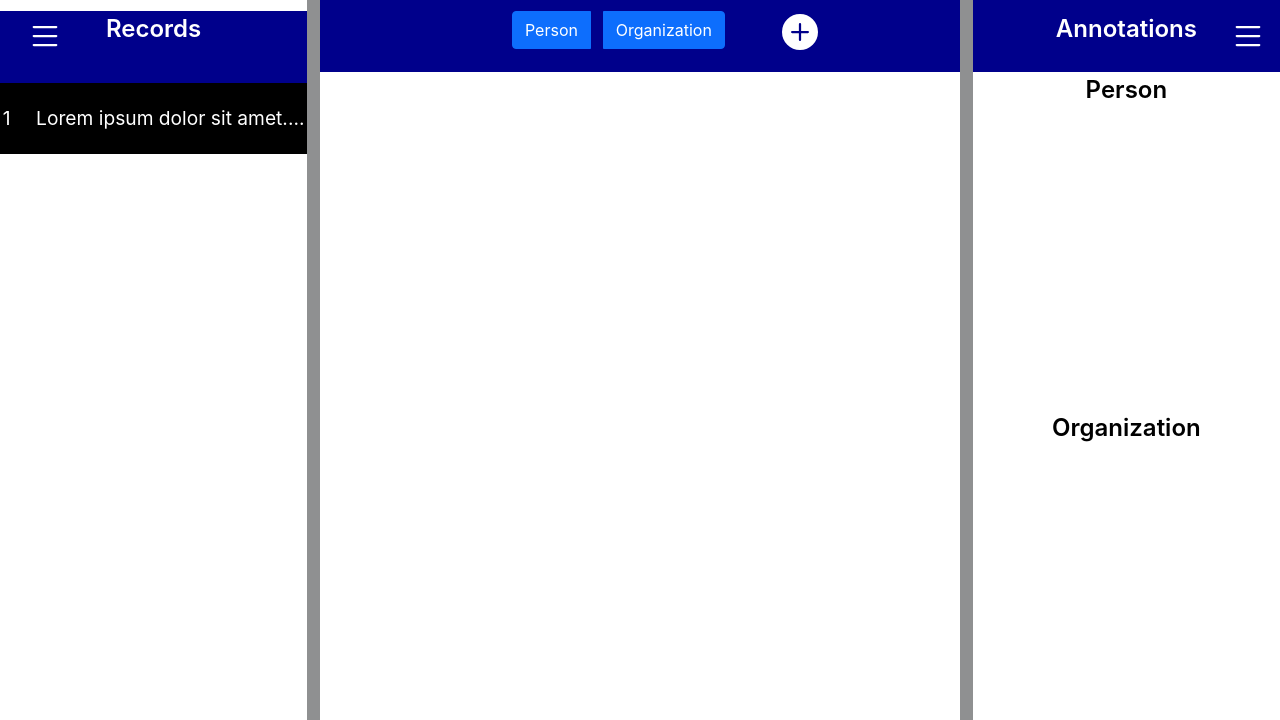
Repository: napan24/classforma_assignment
Page: / (app in client/)
The author's editor kept a copy of each file at every save. The page is drawn from the files as they stood at one save, then again after the next save.
The browser window is 1280 px wide. The pictures show the whole page.
The project was rebuilt for these pictures with package versions that can differ from the ones it lists, and the page was loaded fresh each time. Also part of the build but not shown: client/src/App.css.

Above is the page before, as saved 2022-07-20 18:56:09.

### client/public/index.html
<!DOCTYPE html>
<html lang="en">
  <head>
    <meta charset="utf-8" />
    <link rel="icon" href="%PUBLIC_URL%/favicon.ico" />
    <meta name="viewport" content="width=device-width, initial-scale=1" />
    <meta name="theme-color" content="#000000" />
    <meta
      name="description"
      content="Web site created using create-react-app"
    />
    <link href="https://cdn.jsdelivr.net/npm/bootstrap@5.1.3/dist/css/bootstrap.min.css" rel="stylesheet" integrity="sha384-1BmE4kWBq78iYhFldvKuhfTAU6auU8tT94WrHftjDbrCEXSU1oBoqyl2QvZ6jIW3" crossorigin="anonymous">
    <link rel="apple-touch-icon" href="%PUBLIC_URL%/logo192.png" />
    <!--
      manifest.json provides metadata used when your web app is installed on a
      user's mobile device or desktop. See https://developers.google.com/web/fundamentals/web-app-manifest/
    -->
    <link rel="manifest" href="%PUBLIC_URL%/manifest.json" />
    <!--
      Notice the use of %PUBLIC_URL% in the tags above.
      It will be replaced with the URL of the `public` folder during the build.
      Only files inside the `public` folder can be referenced from the HTML.

      Unlike "/favicon.ico" or "favicon.ico", "%PUBLIC_URL%/favicon.ico" will
      work correctly both with client-side routing and a non-root public URL.
      Learn how to configure a non-root public URL by running `npm run build`.
    -->
    <title>React App</title>
  </head>
  <body>
    <noscript>You need to enable JavaScript to run this app.</noscript>
    <div id="root"></div>
    <!--
      This HTML file is a template.
      If you open it directly in the browser, you will see an empty page.

      You can add webfonts, meta tags, or analytics to this file.
      The build step will place the bundled scripts into the <body> tag.

      To begin the development, run `npm start` or `yarn start`.
      To create a production bundle, use `npm run build` or `yarn build`.
    -->
    <script src="https://cdn.jsdelivr.net/npm/bootstrap@5.1.3/dist/js/bootstrap.bundle.min.js" integrity="sha384-ka7Sk0Gln4gmtz2MlQnikT1wXgYsOg+OMhuP+IlRH9sENBO0LRn5q+8nbTov4+1p" crossorigin="anonymous"></script>
  </body>
</html>

### client/src/App.js
import logo from './logo.svg';
import './App.css';
import Home from './Home';

function App() {
  return (
    <>
      <Home></Home>
    </>
  );
}

export default App;

### client/src/Home.js
'strict origin'
import React, { useState, useEffect } from 'react'
const Home = () => {
    const [textField, setTextField] = useState();
    const [person, setPerson] = useState();
    const [place, setPlace] = useState();
    const [personName, setPersonName] = useState(['']);
    const [placeName, setPlaceName] = useState(['']);
    const [data, setData] = useState("");
    const [leftClose, setLeftClose] = useState(false);
    const [rightClose, setRightClose] = useState(false);
    useEffect(() => {
        if (textField) {
            trending();
        }
    }, [textField])
    const trending = async () => {
        const res = await fetch("/", {
            method: 'POST',
            headers: {
                "Content-Type": "application/json"
            },
            body: JSON.stringify({ textField })
        });
        const result = await res.json();
        console.log(result);
        setPerson(result.filter((arr) => arr.type == 'Person'));
        setPlace(result.filter((arr) => arr.type[0] == 'Place' || arr.type[0] == 'PopulatedPlace' || arr.type[0] == 'Settlement' || arr.type[0] == 'City'));
    };
    useEffect(() => {
        setPersonName(['']);
        if (person) {
            person.forEach(function (arrayItem) {
                setPersonName(curr => [...curr, arrayItem.entityId]);
            });
        }
    }, [person])
    useEffect(() => {
        setPlaceName(['']);
        if (place) {
            console.log(place);
            place.forEach(function (arrayItem) {
                setPlaceName(curr => [...curr, arrayItem.entityId]);
            });
        }
    }, [place])
    const showFile = async (e) => {
        e.preventDefault()
        const reader = new FileReader()
        reader.onload = async (e) => {
            const text = (e.target.result)
            setTextField(text);
        };
        reader.readAsText(e.target.files[0])
    }
    function replace() {
        setTextField(textField.replace(data, ''));
        showAlert("alert")
    }
    function showAlert(id) {
        if (document.getElementById(id).style.display == "inline-block") {
            document.getElementById(id).style.display = "none";
        }
        else {
            document.getElementById(id).style.display = "inline-block";
        }
    }
    function CloseClick(e) {
        setData(e.currentTarget.parentElement.querySelector('.userName').innerText);
        showAlert("alert");
    }
    function showLeftComponent() {
        if (document.getElementById('left_component').style.display == "inline") {
            document.getElementById('left_component').style.display = "none";
            document.getElementById('left_open').style.display = "inline";
        }
        else {
            document.getElementById('left_component').style.display = "inline";
            document.getElementById('left_open').style.display = "none";
        }
        setLeftClose(!leftClose);
    }
    function showRightComponent() {
        if (document.getElementById('right_component').style.display == "inline") {
            document.getElementById('right_component').style.display = "none";
            document.getElementById('right_open').style.display = "inline";
        }
        else {
            document.getElementById('right_component').style.display = "inline";
            document.getElementById('right_open').style.display = "none";
        }
        setRightClose(!rightClose);
    }
    return (
        <>
            <div id="alert" style={{ display: "none", height: "35vh", width: "35vw", backgroundColor: "white", position: "absolute", zIndex: '2', left: "35%", top: "25%", border: "2px solid red" }}>
                <button onClick={() => { showAlert("alert") }} type="button" class="btn btn-primary" style={{ marginRight: "1vw", position: "absolute", bottom: "10%", left: "15%", padding: "2vh" }}>Cancel</button>
                <button onClick={(e) => { replace(e) }} style={{ marginRight: "1vw", position: "absolute", bottom: "10%", left: "65%", padding: "2vh" }} type="button" class="btn btn-primary">Delete</button>
            </div>
            <div style={{ display: 'flex', width: "100vw", height: "100vh", backgroundColor: "#8f9091", overflow: "hidden" }}>
                <div id="left_component" style={{ display: 'inline', width: "24vw", height: "100vh", backgroundColor: "white", marginRight: "1vw" }}>
                    <div style={{ width: "24vw", height: "10vh", backgroundColor: "#00008b", textAlign: 'center', fontSize: '150%', color: "white", fontWeight: "600"}}>
                        <p style={{ marginTop: "1.5vh" }}>
                            Records
                        </p>
                    </div>
                    <svg onClick={() => { showLeftComponent() }} style={{ width: "5vw", height: "5vh", position: 'absolute', left: "1vw", top: "2.5vh", color: 'white' }} xmlns="http://www.w3.org/2000/svg" fill="currentColor" class="bi bi-list" viewBox="0 0 16 16">
                        <path fill-rule="evenodd" d="M2.5 12a.5.5 0 0 1 .5-.5h10a.5.5 0 0 1 0 1H3a.5.5 0 0 1-.5-.5zm0-4a.5.5 0 0 1 .5-.5h10a.5.5 0 0 1 0 1H3a.5.5 0 0 1-.5-.5zm0-4a.5.5 0 0 1 .5-.5h10a.5.5 0 0 1 0 1H3a.5.5 0 0 1-.5-.5z" />
                    </svg>
                    <div style={{ width: "24vw", height: "10vh", backgroundColor: "black",overflow:"hidden",color:"white",fontSize:"120%",display:"flex",justifyContent:'center',alignItems:'center',borderBottom:"1px solid white" }}>
                        <span style={{top:"10vh"}}>
                            1
                        </span>
                        <span style={{marginLeft:"2vw"}}>
                            Lorem ipsum dolor sit amet....
                        </span>
                    </div>
                </div>
                <div style={{ width: leftClose && rightClose ? "100vw" : rightClose ? "75vw" : leftClose ? "75vw" : "50vw", height: "100vh", backgroundColor: "white", marginRight: "1vw", overflowY: "unset" }}>
                    <div style={{ width: leftClose && rightClose ? "100vw" : rightClose ? "75vw" : leftClose ? "75vw" : "50vw", height: "10vh", backgroundColor: "#00008b", position: 'relative', overflowY: 'hidden' }}>
                        <svg id="left_open" onClick={() => { showLeftComponent() }} style={{ display: "none", width: "5vw", height: "5vh", position: 'absolute', left: "1vw", top: "2.5vh", color: 'white' }} xmlns="http://www.w3.org/2000/svg" fill="currentColor" class="bi bi-list" viewBox="0 0 16 16">
                            <path fill-rule="evenodd" d="M2.5 12a.5.5 0 0 1 .5-.5h10a.5.5 0 0 1 0 1H3a.5.5 0 0 1-.5-.5zm0-4a.5.5 0 0 1 .5-.5h10a.5.5 0 0 1 0 1H3a.5.5 0 0 1-.5-.5zm0-4a.5.5 0 0 1 .5-.5h10a.5.5 0 0 1 0 1H3a.5.5 0 0 1-.5-.5z" />
                        </svg>
                        <div class="btn-group" style={{ marginTop: "1.5vh", marginLeft: "15vw" }}>
                            <button type="button" class="btn btn-primary" style={{ marginRight: "1vw" }}>Person</button>
                            <button type="button" class="btn btn-primary">Organization</button>
                        </div>
                        <label for="file">
                            <svg style={{ width: "20%", height: "50%", position: "absolute", right: "15%", top: "2vh", color: "white" }} xmlns="http://www.w3.org/2000/svg" fill="currentColor" class="bi bi-plus-circle-fill" viewBox="0 0 16 16">
                                <path d="M16 8A8 8 0 1 1 0 8a8 8 0 0 1 16 0zM8.5 4.5a.5.5 0 0 0-1 0v3h-3a.5.5 0 0 0 0 1h3v3a.5.5 0 0 0 1 0v-3h3a.5.5 0 0 0 0-1h-3v-3z" />
                            </svg>
                        </label>
                        <input type="file" id="file" onChange={(e) => showFile(e)} style={{ display: "none" }} />
                        <svg id="right_open" onClick={() => { showRightComponent() }} style={{ display: "none", width: "5vw", height: "5vh", position: 'absolute', right: "1vw", top: "2.5vh", color: 'white' }} xmlns="http://www.w3.org/2000/svg" fill="currentColor" class="bi bi-list" viewBox="0 0 16 16">
                            <path fill-rule="evenodd" d="M2.5 12a.5.5 0 0 1 .5-.5h10a.5.5 0 0 1 0 1H3a.5.5 0 0 1-.5-.5zm0-4a.5.5 0 0 1 .5-.5h10a.5.5 0 0 1 0 1H3a.5.5 0 0 1-.5-.5zm0-4a.5.5 0 0 1 .5-.5h10a.5.5 0 0 1 0 1H3a.5.5 0 0 1-.5-.5z" />
                        </svg>
                    </div>
                    <div style={{ width: leftClose && rightClose ? "98vw" : rightClose ? "73vw" : leftClose ? "73vw" : "48vw", height: "85vh", marginLeft: "2vw", marginTop: "5vh", overflowY: "scroll" }}>
                        {textField}
                    </div>
                </div>
                <div id="right_component" style={{ display: 'inline', width: "24vw", height: "100vh", backgroundColor: "white" }}>
                    <div style={{ width: "24vw", height: "10vh", backgroundColor: "#00008b", textAlign: 'center', fontSize: '150%', color: "white", fontWeight: "600", position: 'relative' }}>
                        <p style={{ paddingTop: "1.5vh" }}>
                            Annotations
                        </p>
                        <svg onClick={() => { showRightComponent() }} style={{ width: "5vw", height: "5vh", position: 'absolute', right: "0vw", top: "2.5vh", color: 'white' }} xmlns="http://www.w3.org/2000/svg" fill="currentColor" class="bi bi-list" viewBox="0 0 16 16">
                            <path fill-rule="evenodd" d="M2.5 12a.5.5 0 0 1 .5-.5h10a.5.5 0 0 1 0 1H3a.5.5 0 0 1-.5-.5zm0-4a.5.5 0 0 1 .5-.5h10a.5.5 0 0 1 0 1H3a.5.5 0 0 1-.5-.5zm0-4a.5.5 0 0 1 .5-.5h10a.5.5 0 0 1 0 1H3a.5.5 0 0 1-.5-.5z" />
                        </svg>
                    </div>
                    <div style={{ width: "24vw", height: "5vh", backgroundColor: "white", textAlign: 'center', fontSize: '150%', color: "black", fontWeight: "600", marginBottom: "2vh" }}>
                        <p>
                            Person
                        </p>
                    </div>
                    <div style={{ maxWidth: "24vw", height: "40vh", backgroundColor: "white", textAlign: 'center', fontSize: '150%', color: "black", fontWeight: "600", zIndex: "2", overflowY: "scroll", overflowX: "hidden" }}>
                        {personName && personName.map((user) => (
                            user.length > 0 && <div style={{ width: "24vw", color: "black", height: "3vh", fontSize: "2vh", position: 'relative', borderBottom: '1px solid black' }}>
                                <span className='userName' style={{ width: "12vw" }}>
                                    {user}
                                </span>
                                <svg onClick={(e) => { CloseClick(e) }} style={{ width: "3.5vw", height: "3.5vh", position: 'absolute', right: "0vw", top: "0vh" }} xmlns="http://www.w3.org/2000/svg" fill="currentColor" class="bi bi-x" viewBox="0 0 16 16">
                                    <path d="M4.646 4.646a.5.5 0 0 1 .708 0L8 7.293l2.646-2.647a.5.5 0 0 1 .708.708L8.707 8l2.647 2.646a.5.5 0 0 1-.708.708L8 8.707l-2.646 2.647a.5.5 0 0 1-.708-.708L7.293 8 4.646 5.354a.5.5 0 0 1 0-.708z" />
                                </svg>
                            </div>
                        ))}
                    </div>
                    <div style={{ width: "24vw", height: "5vh", backgroundColor: "white", textAlign: 'center', fontSize: '150%', color: "black", fontWeight: "600", marginBottom: "2vh" }}>
                        <p>
                            Organization
                        </p>
                    </div>
                    <div style={{ width: "24vw", height: "40vh", backgroundColor: "white", textAlign: 'center', fontSize: '150%', color: "black", fontWeight: "600", overflowY: "scroll" }}>
                        {placeName && placeName.map((user) => (
                            user.length > 0 && <div style={{ width: "24vw", color: "black", height: "3vh", fontSize: "2vh", position: 'relative', borderBottom: '1px solid black' }}>
                                <span className='userName' style={{ width: "12vw" }}>
                                    {user}
                                </span>
                                <svg onClick={(e) => { CloseClick(e) }} style={{ width: "3.5vw", height: "3.5vh", position: 'absolute', right: "0vw", top: "0vh" }} xmlns="http://www.w3.org/2000/svg" fill="currentColor" class="bi bi-x" viewBox="0 0 16 16">
                                    <path d="M4.646 4.646a.5.5 0 0 1 .708 0L8 7.293l2.646-2.647a.5.5 0 0 1 .708.708L8.707 8l2.647 2.646a.5.5 0 0 1-.708.708L8 8.707l-2.646 2.647a.5.5 0 0 1-.708-.708L7.293 8 4.646 5.354a.5.5 0 0 1 0-.708z" />
                                </svg>
                            </div>
                        ))}
                    </div>
                </div>
            </div>
        </>
    )
}

export default Home

Loaded but not shown: client/src/index.js (common file); client/src/index.css (common file); client/src/reportWebVitals.js (common file)

After the next save:
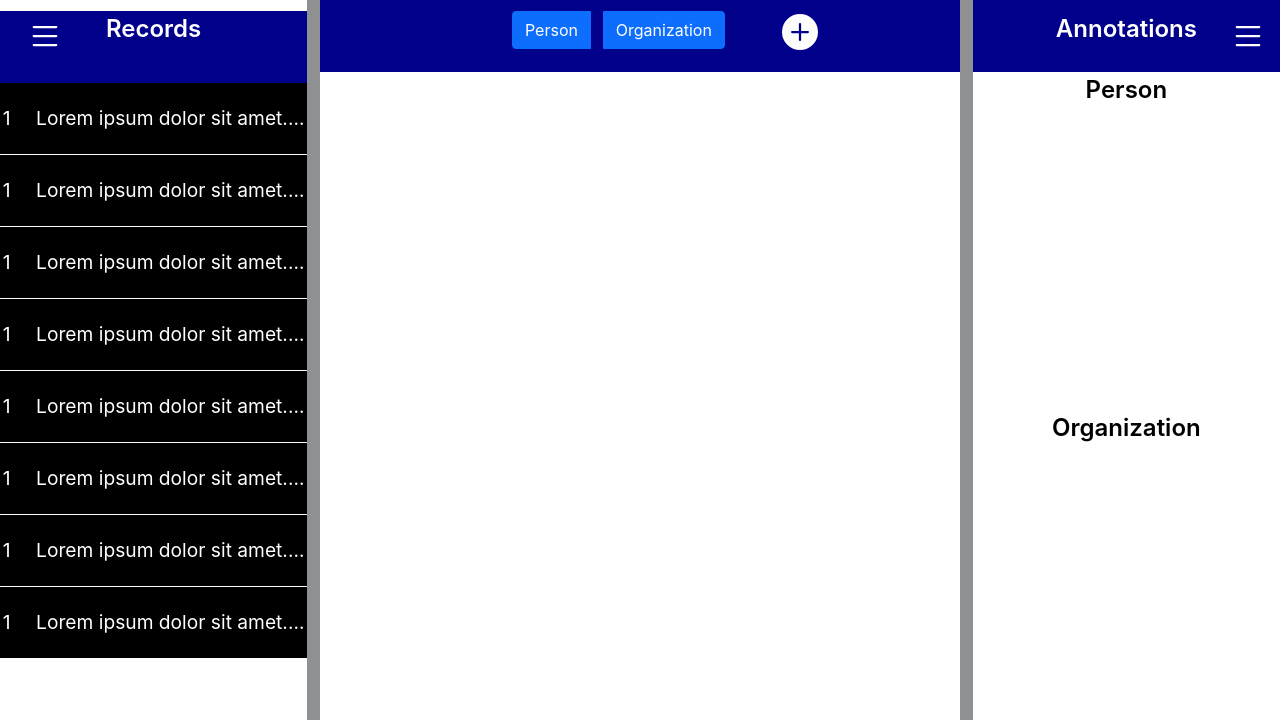
Saved 12 s later.
--- a/client/src/Home.js
+++ b/client/src/Home.js
@@ -115,6 +115,62 @@ const Home = () => {
                             Lorem ipsum dolor sit amet....
                         </span>
                     </div>
+                    <div style={{ width: "24vw", height: "10vh", backgroundColor: "black",overflow:"hidden",color:"white",fontSize:"120%",display:"flex",justifyContent:'center',alignItems:'center',borderBottom:"1px solid white" }}>
+                        <span style={{top:"10vh"}}>
+                            1
+                        </span>
+                        <span style={{marginLeft:"2vw"}}>
+                            Lorem ipsum dolor sit amet....
+                        </span>
+                    </div>
+                    <div style={{ width: "24vw", height: "10vh", backgroundColor: "black",overflow:"hidden",color:"white",fontSize:"120%",display:"flex",justifyContent:'center',alignItems:'center',borderBottom:"1px solid white" }}>
+                        <span style={{top:"10vh"}}>
+                            1
+                        </span>
+                        <span style={{marginLeft:"2vw"}}>
+                            Lorem ipsum dolor sit amet....
+                        </span>
+                    </div>
+                    <div style={{ width: "24vw", height: "10vh", backgroundColor: "black",overflow:"hidden",color:"white",fontSize:"120%",display:"flex",justifyContent:'center',alignItems:'center',borderBottom:"1px solid white" }}>
+                        <span style={{top:"10vh"}}>
+                            1
+                        </span>
+                        <span style={{marginLeft:"2vw"}}>
+                            Lorem ipsum dolor sit amet....
+                        </span>
+                    </div>
+                    <div style={{ width: "24vw", height: "10vh", backgroundColor: "black",overflow:"hidden",color:"white",fontSize:"120%",display:"flex",justifyContent:'center',alignItems:'center',borderBottom:"1px solid white" }}>
+                        <span style={{top:"10vh"}}>
+                            1
+                        </span>
+                        <span style={{marginLeft:"2vw"}}>
+                            Lorem ipsum dolor sit amet....
+                        </span>
+                    </div>
+                    <div style={{ width: "24vw", height: "10vh", backgroundColor: "black",overflow:"hidden",color:"white",fontSize:"120%",display:"flex",justifyContent:'center',alignItems:'center',borderBottom:"1px solid white" }}>
+                        <span style={{top:"10vh"}}>
+                            1
+                        </span>
+                        <span style={{marginLeft:"2vw"}}>
+                            Lorem ipsum dolor sit amet....
+                        </span>
+                    </div>
+                    <div style={{ width: "24vw", height: "10vh", backgroundColor: "black",overflow:"hidden",color:"white",fontSize:"120%",display:"flex",justifyContent:'center',alignItems:'center',borderBottom:"1px solid white" }}>
+                        <span style={{top:"10vh"}}>
+                            1
+                        </span>
+                        <span style={{marginLeft:"2vw"}}>
+                            Lorem ipsum dolor sit amet....
+                        </span>
+                    </div>
+                    <div style={{ width: "24vw", height: "10vh", backgroundColor: "black",overflow:"hidden",color:"white",fontSize:"120%",display:"flex",justifyContent:'center',alignItems:'center',borderBottom:"1px solid white" }}>
+                        <span style={{top:"10vh"}}>
+                            1
+                        </span>
+                        <span style={{marginLeft:"2vw"}}>
+                            Lorem ipsum dolor sit amet....
+                        </span>
+                    </div>
                 </div>
                 <div style={{ width: leftClose && rightClose ? "100vw" : rightClose ? "75vw" : leftClose ? "75vw" : "50vw", height: "100vh", backgroundColor: "white", marginRight: "1vw", overflowY: "unset" }}>
                     <div style={{ width: leftClose && rightClose ? "100vw" : rightClose ? "75vw" : leftClose ? "75vw" : "50vw", height: "10vh", backgroundColor: "#00008b", position: 'relative', overflowY: 'hidden' }}>
